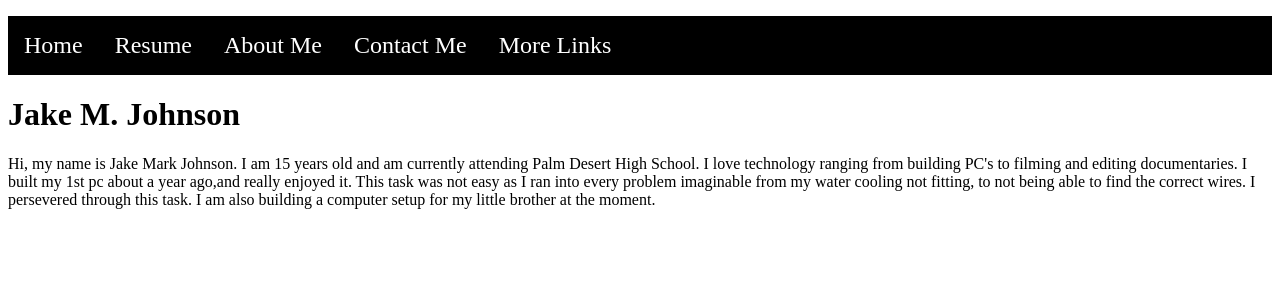
Repository: jakemj/jakemj.github.io
Page: contactme.html
The author's editor kept a record of every edit. The page is drawn from the files as they stood at one moment, then again after the next edit.
The browser window is 1280 px wide. The pictures show the whole page.

Above is the page before.

### contactme.html
<!DOCTYPE html>
<html>
    <head>
    <title>Welcome to my thread!</title>
    <link rel="stylesheet" type="text/css" href="style.css">

    </head>
    <body>
      <ul class="navbar">
        <li><a href=index.html>Home</a></li>
        <li><a href="https://awseducate.com">Resume</a></li>
        <li><a href=aboutme.html>About Me</a></li>
        <li><a href="https://awseducate.com">Contact Me</a></li>
        <li class = "dropdown">
            <div>More Links</div>
            <ul class="dropdown-content">
            <li><a href="#">Project 1</a></li>
            <li><a href="#">Project 2</a></li>
            <li><a href="#">Project 3</a></li>
        </ul>



    </li>

    </ul>
    <h1>Jake M. Johnson</h1>
    Hi, my name is Jake Mark Johnson. I am 15 years old and am currently
    attending Palm Desert High School.
    I love technology ranging from building PC's
    to filming and editing documentaries. I built my 1st pc
    about a year ago,and really enjoyed it. This task was not
    easy as I ran into every problem imaginable from my water
    cooling not fitting, to not being able to find the correct
    wires. I persevered through this task. I am also building a
    computer setup for my little brother at the moment.
    </body>
</html>

### style.css
        .navbar{
            list-style: none;
            background-color: black;
            overflow: hidden;
            padding: 0;
        }

        .navbar a, .dropdown div{
            text-decoration: none;
            color: white;
            font-size: 24px;
            padding: 16px;
            display:inline-block;
        }
        .navbar li{
            float: left;
        }

        .navbar li:hover{
            background-color: pink;
        }

        .dropdown-content{
            list-style: none;
            padding: 0;
            display: none;
            position: absolute;
            z-index: 1;
            background-color: black;
        }

        .dropdown-content li{
            float: none;
        }

        .dropdown:hover .dropdown-content{
            display: block;
        }

        .dropdown {
            list-style: none;

        }
        .dropdown li{
            float: none;

        }

After the next edit:
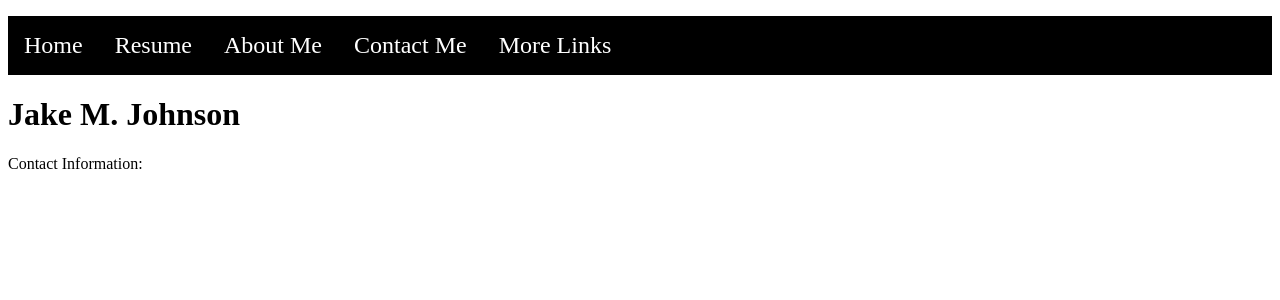
The edit:
--- a/contactme.html
+++ b/contactme.html
@@ -25,14 +25,7 @@
 
     </ul>
     <h1>Jake M. Johnson</h1>
-    Hi, my name is Jake Mark Johnson. I am 15 years old and am currently
-    attending Palm Desert High School.
-    I love technology ranging from building PC's
-    to filming and editing documentaries. I built my 1st pc
-    about a year ago,and really enjoyed it. This task was not
-    easy as I ran into every problem imaginable from my water
-    cooling not fitting, to not being able to find the correct
-    wires. I persevered through this task. I am also building a
-    computer setup for my little brother at the moment.
+    Contact Information:
+
     </body>
 </html>
